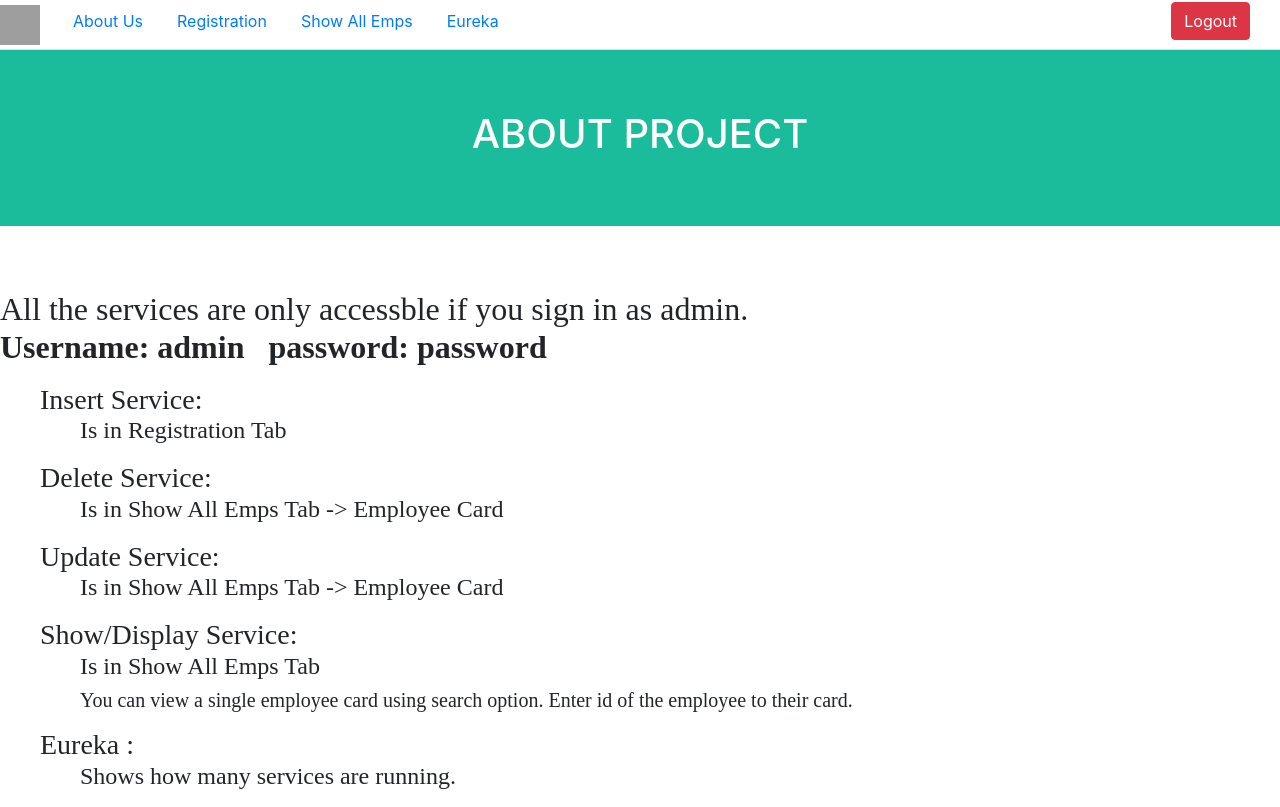
Repository: Shwetank-Chaudhary/EmployeeManagement-
Page: HomePage/src/main/webapp/AboutUs.html
These files come from the project's save history. The page is drawn as it stood at one moment and after the next save; the edit follows.
The browser window is 1280 px wide. The pictures show the whole page.
Pictures or frames that could not be fetched are drawn as grey boxes.

Above is the page before, as saved 2024-01-01 17:25:52.

### HomePage/src/main/webapp/AboutUs.html
<!DOCTYPE html>
<html>

<head>
	<meta charset="UTF-8">
	<title>ABOUT PROJECT</title>
	<link rel="stylesheet" href="https://cdn.jsdelivr.net/npm/bootstrap@4.0.0/dist/css/bootstrap.min.css"
		integrity="sha384-Gn5384xqQ1aoWXA+058RXPxPg6fy4IWvTNh0E263XmFcJlSAwiGgFAW/dAiS6JXm" crossorigin="anonymous"
		type="text/css">

	<style>
		.header {
			padding: 60px;
			text-align: center;
			background: #1abc9c;
			color: white;
			font-size: 30px;
		}

		#logout {
			position: absolute;
			right: 30px;
			top: 2px;
		}
		.content{
			font-family: cursive;
		}
	</style>
</head>

<body>
	<ul class="nav nav-tabs">
		<!-- Logo -->
		<li class="nav-item">
			<a class="navbar-brand" href="Home.html">
				<img src="https://drive.google.com/uc?id=1iFuzqzRuZ8NSsH9akJaVqbD3UM7I9Yh6" alt="Logo" height="40"
					width="40">
			</a>
		</li>
		<li class="nav-item-active">
			<a class="nav-link" href="AboutUs.html">About Us</a>
		</li>
		<li class="nav-item">
			<a class="nav-link" href="./Registration.html">Registration</a>
		</li>
		<li class="nav-item">
			<a class="nav-link" href="ADMIN_showemp.html">Show All Emps</a>
		</li>
		<li class="nav-item">
			<a class="nav-link" href="http://localhost:8761/">Eureka</a>
		</li>

		<li class="nav-item">
			<a href="http://localhost:1080/logout"><button class="btn btn-danger" id="logout">Logout</button></a>
		</li>
	</ul>
	<div class="header">
		<h1>ABOUT PROJECT</h1>
	</div>
	<div class="content"><br><br>
		<p><h2>All the services are only accessble if you sign in as admin.<br>
		<b>Username: admin &nbsp; password: password</b></h2></p>
		<h3>
			<ul>Insert Service:
			<h4><ul>Is in Registration Tab</ul></h4>
		</h3>

		<h3>
			<ul>Delete Service:
			<h4><ul>Is in Show All Emps Tab -> Employee Card</ul></h4>
		</h3>

		<h3>
			<ul>Update Service:
			<h4><ul>Is in Show All Emps Tab -> Employee Card</ul></h4>
		</h3>

		<h3>
			<ul>Show/Display Service:
			<h4><ul>Is in Show All Emps Tab </ul></h4>
			<h5><ul>You can view a single employee card using search option. Enter id of the employee to their card.</ul></h5>
		</h3>

		<h3>
			<ul>Eureka :
			<h4><ul>Shows how many services are running.</ul></h4>
		</h3>
		</div>

</body>

</html>

After the next save:
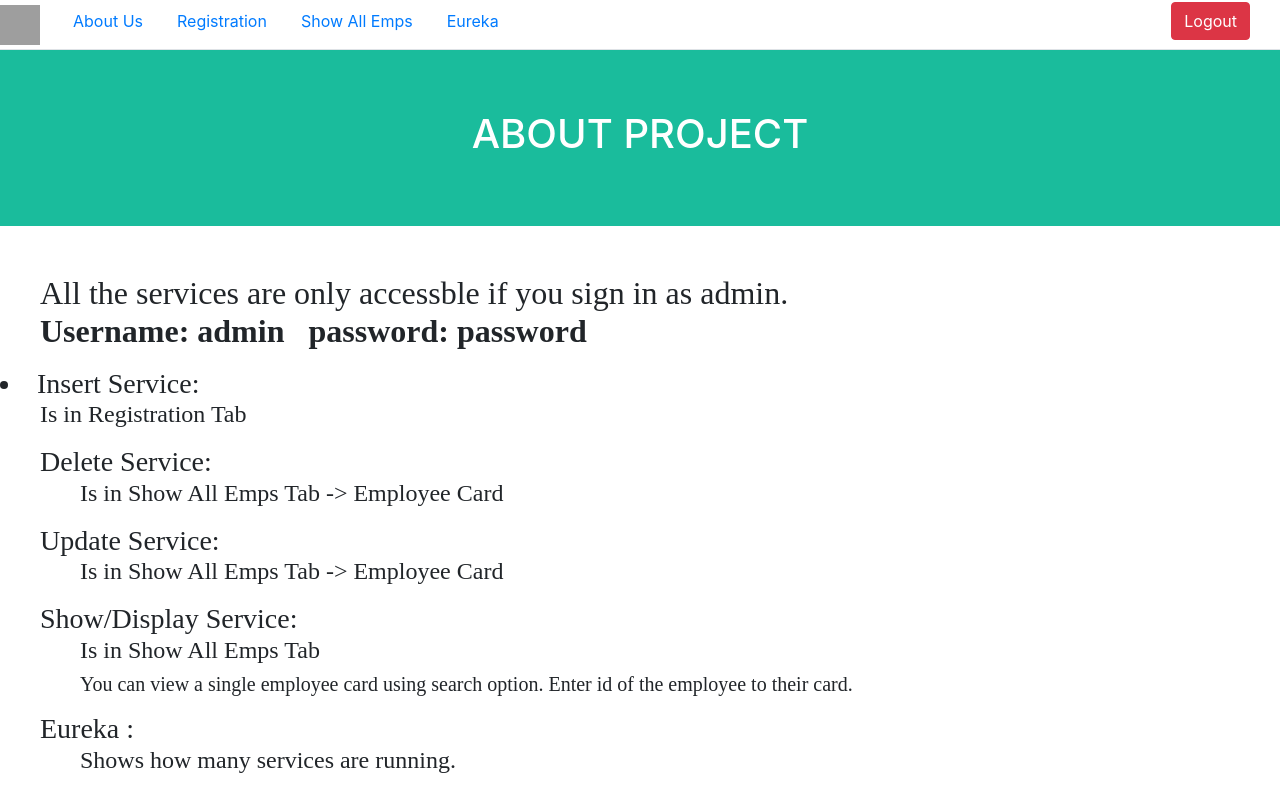
Saved 31 s later.
--- a/HomePage/src/main/webapp/AboutUs.html
+++ b/HomePage/src/main/webapp/AboutUs.html
@@ -58,11 +58,11 @@
 		<h1>ABOUT PROJECT</h1>
 	</div>
 	<div class="content"><br><br>
-		<p><h2>All the services are only accessble if you sign in as admin.<br>
-		<b>Username: admin &nbsp; password: password</b></h2></p>
+		<ul><h2>All the services are only accessble if you sign in as admin.<br>
+		<b>Username: admin &nbsp; password: password</b></h2></ul>
 		<h3>
-			<ul>Insert Service:
-			<h4><ul>Is in Registration Tab</ul></h4>
+			<li>Insert Service:
+			<h4><ul>Is in Registration Tab</li></h4>
 		</h3>
 
 		<h3>
